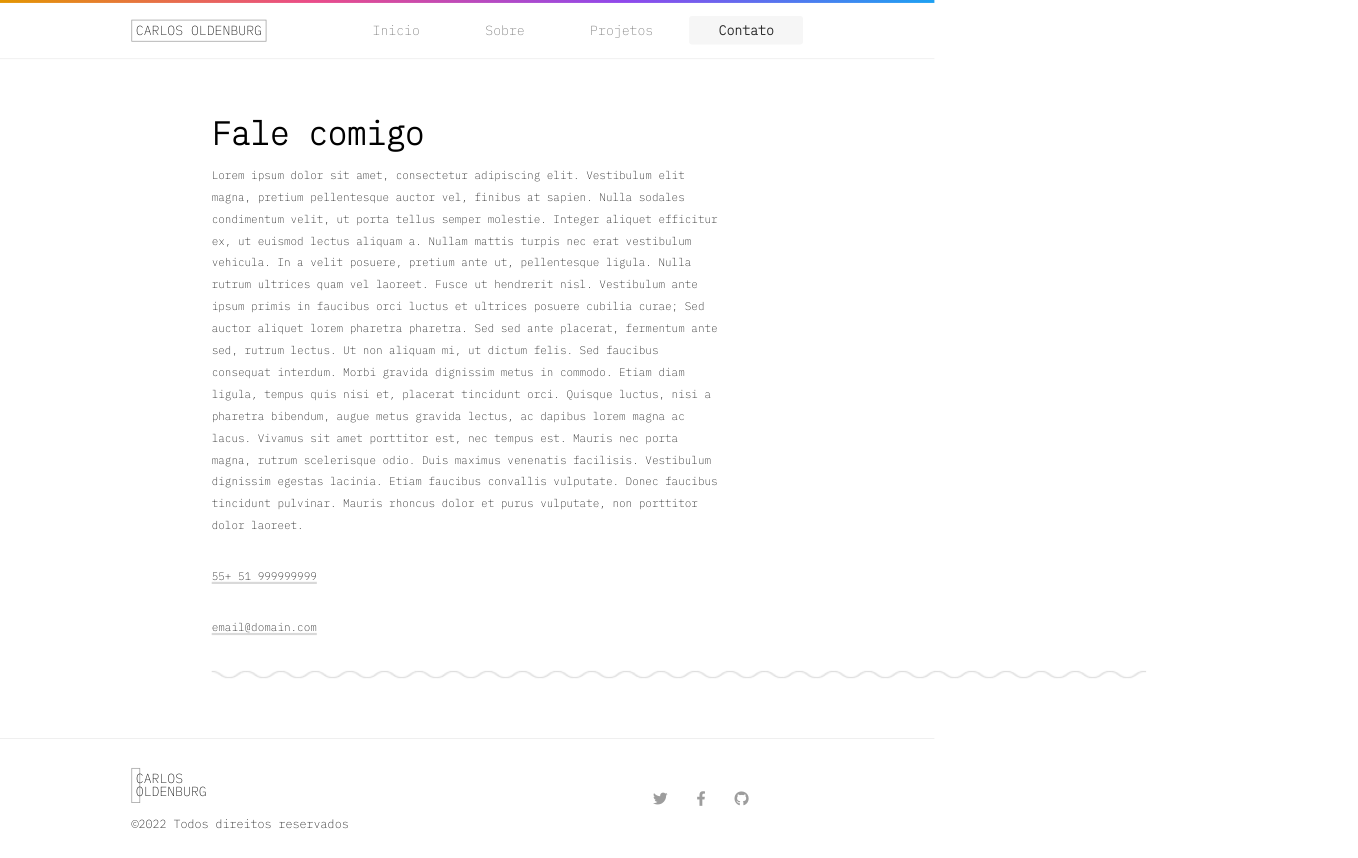
Repository: Carolden/PortfolioCrie
Page: contact.html
An editor plug-in stored every save of this project. The page is shown before and after the next save, followed by the edit.
The browser window is 1280 px wide. The page is 1860 px wide, then 1380 px, so the pictures cover 1860 px, including what lies to the right of the window. The pictures show the whole page, at 73% of full size.

Above is the page before, as saved 2023-05-25 12:52:25.

After the next save:
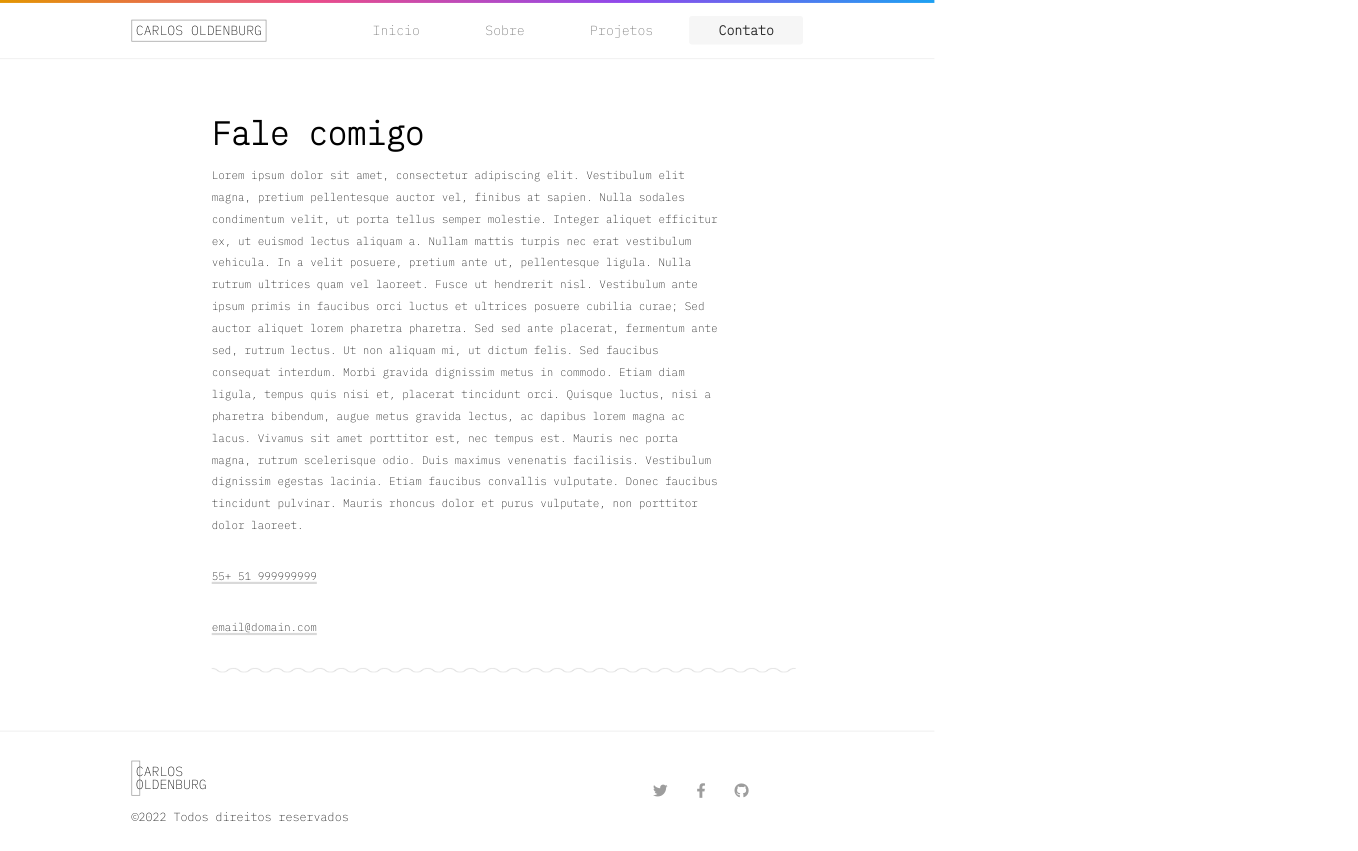
Saved 2 s later.
--- a/contact.html
+++ b/contact.html
@@ -74,9 +74,9 @@
 
         <p class="section__p about--p container contact">email@domain.com</p>
 
-        <div class="divisor">
+        <div class="div__divisor">
 
-            <img src="images/Divisor.png" alt="" class="hr">
+            <img src="images/Divisor.png" alt="" class="img__divisor">
 
         </div>
 
